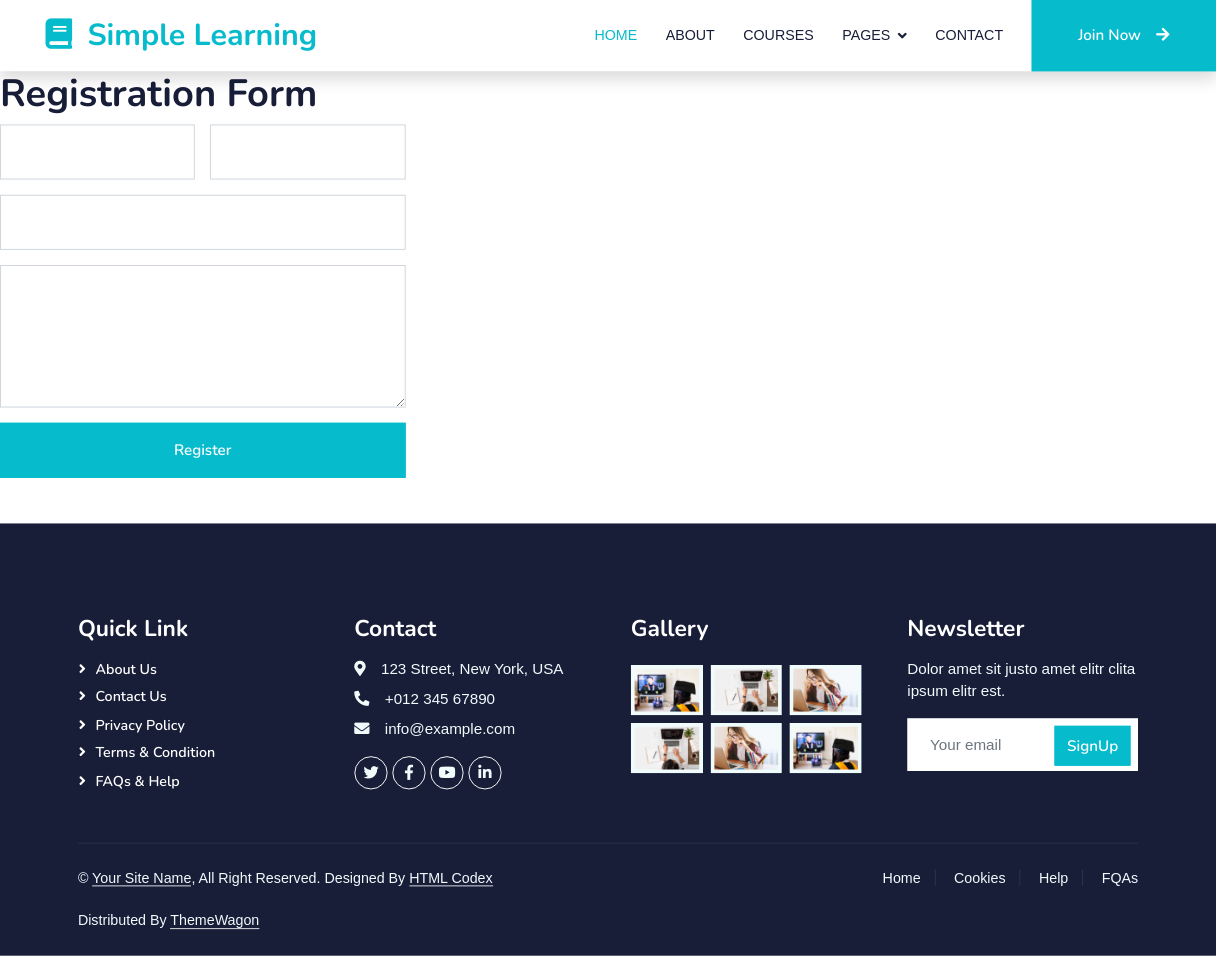
Repository: Arumugam2002/ARUMUGAM-TOPS-DAILY-TASKS
Page: http://localhost/register
The author's editor kept a copy of each file at every save. The page is drawn from the files as they stood at one save, then again after the next save.
The browser window is 1280 px wide. The pictures show the whole page, at 95% of full size.
Some web fonts or font styles are not loaded; a fallback is used. Some web libraries are served in a nearby version. The page is this project's Thymeleaf template; nobody is signed in. The template is opened directly, without the code that normally fills it, so the values that code supplies are empty.

Above is the page before, as saved 2024-07-16 09:04:56.

### Java SpringBoot/Spring_Eclipse/SpringwithTemplate/src/main/resources/templates/register.html
<!DOCTYPE html>
<html lang="en">
	<head th:replace="/fragments/head :: head"></head>
	<head th:replace="/fragments/header :: header"></head>



<body>
	<h1>Registration Form</h1>

	<div class="col-lg-4 col-md-12 wow fadeInUp" data-wow-delay="0.5s">
		<form action="/add" method="post">
			<div class="row g-3">
				<div class="col-md-6">
					<div class="form-floating">
						<input type="text" class="form-control" name="name" id="name" placeholder="Enter Name">

					</div>
				</div>
				<div class="col-md-6">
					<div class="form-floating">
						<input type="email" class="form-control" name="email" id="email" placeholder="Enter email">

					</div>
				</div>
				<div class="col-12">
					<div class="form-floating">
						<input type="text" class="form-control" name="contact" id="subject" placeholder="Enter contact">

					</div>
				</div>
				<div class="col-12">
					<div class="form-floating">
						<textarea class="form-control" name="address" placeholder="Enter address" id="message"
							style="height: 150px"></textarea>

					</div>
				</div>
				<div class="col-12">
					<button class="btn btn-primary w-100 py-3" type="submit" >Register</button>
				</div>
			</div>
		</form>
	</div>






	<footer th:replace="/fragments/footer :: footer"></footer>
</body>

</html>

### Java SpringBoot/Spring_Eclipse/SpringwithTemplate/src/main/resources/templates/fragments/head.html
<html lang="en">

<head lang="en" xmlns:th="http://www.thymeleaf.org">
    <meta charset="utf-8">
    <title>Simple Learning</title>
    <meta content="width=device-width, initial-scale=1.0" name="viewport">
    <meta content="" name="keywords">
    <meta content="" name="description">

    <!-- Favicon -->
    <link href="img/favicon.ico" rel="icon">

    <!-- Google Web Fonts -->
    <link rel="preconnect" href="https://fonts.googleapis.com">
    <link rel="preconnect" href="https://fonts.gstatic.com" crossorigin>
    <link href="https://fonts.googleapis.com/css2?family=Heebo:wght@400;500;600&family=Nunito:wght@600;700;800&display=swap" rel="stylesheet">

    <!-- Icon Font Stylesheet -->
    <link href="https://cdnjs.cloudflare.com/ajax/libs/font-awesome/5.10.0/css/all.min.css" rel="stylesheet">
    <link href="https://cdn.jsdelivr.net/npm/bootstrap-icons@1.4.1/font/bootstrap-icons.css" rel="stylesheet">

    <!-- Libraries Stylesheet -->
    <link href="assets/lib/animate/animate.min.css" rel="stylesheet">
    <link href="assets/lib/owlcarousel/assets/owl.carousel.min.css" rel="stylesheet">

    <!-- Customized Bootstrap Stylesheet -->
    <link href="assets/css/bootstrap.min.css" rel="stylesheet">

    <!-- Template Stylesheet -->
    <link href="assets/css/style.css" rel="stylesheet">
</head>

</html>

### Java SpringBoot/Spring_Eclipse/SpringwithTemplate/src/main/resources/templates/fragments/header.html
<html lang="en"
xmlns:th="http://www.thymeleaf.org"
xmlns:sec="http://www.thymeleaf.org/extras/spring-security">
<header>
<!-- Spinner Start -->
<div id="spinner"
	class="show bg-white position-fixed translate-middle w-100 vh-100 top-50 start-50 d-flex align-items-center justify-content-center">
	<div class="spinner-border text-primary" style="width: 3rem; height: 3rem;" role="status">
		<span class="sr-only">Loading...</span>
	</div>
</div>
<!-- Spinner End -->


<!-- Navbar Start -->
<nav class="navbar navbar-expand-lg bg-white navbar-light shadow sticky-top p-0">
	<a href="/" class="navbar-brand d-flex align-items-center px-4 px-lg-5">
		<h2 class="m-0 text-primary"><i class="fa fa-book me-3"></i>Simple Learning</h2>
	</a>
	<button type="button" class="navbar-toggler me-4" data-bs-toggle="collapse" data-bs-target="#navbarCollapse">
		<span class="navbar-toggler-icon"></span>
	</button>
	<div class="collapse navbar-collapse" id="navbarCollapse">
		<div class="navbar-nav ms-auto p-4 p-lg-0">
			<a href="/" class="nav-item nav-link active">Home</a>
			<a href="/about" class="nav-item nav-link">About</a>
			<a href="/courses" class="nav-item nav-link">Courses</a>
			<div class="nav-item dropdown">
				<a href="#" class="nav-link dropdown-toggle" data-bs-toggle="dropdown">Pages</a>
				<div class="dropdown-menu fade-down m-0">
					<a href="/team" class="dropdown-item">Our Team</a>
					<a href="/testimonial" class="dropdown-item">Testimonial</a>
					<a href="/404" class="dropdown-item">404 Page</a>
				</div>
			</div>
			<a href="/contact" class="nav-item nav-link">Contact</a>
		</div>
		<a href="/register" class="btn btn-primary py-4 px-lg-5 d-none d-lg-block">Join Now<i
				class="fa fa-arrow-right ms-3"></i></a>
	</div>
</nav>
<!-- Navbar End -->
</header>


</html>

### Java SpringBoot/Spring_Eclipse/SpringwithTemplate/src/main/resources/templates/fragments/footer.html
<!DOCTYPE html>
<html lang="en" xmlns:th="http://www.thymeleaf.org">

<body>

<footer>
	<!-- Footer Start -->
	<div class="container-fluid bg-dark text-light footer pt-5 mt-5 wow fadeIn" data-wow-delay="0.1s">
		<div class="container py-5">
			<div class="row g-5">
				<div class="col-lg-3 col-md-6">
					<h4 class="text-white mb-3">Quick Link</h4>
					<a class="btn btn-link" href="">About Us</a>
					<a class="btn btn-link" href="">Contact Us</a>
					<a class="btn btn-link" href="">Privacy Policy</a>
					<a class="btn btn-link" href="">Terms & Condition</a>
					<a class="btn btn-link" href="">FAQs & Help</a>
				</div>
				<div class="col-lg-3 col-md-6">
					<h4 class="text-white mb-3">Contact</h4>
					<p class="mb-2"><i class="fa fa-map-marker-alt me-3"></i>123 Street, New York, USA</p>
					<p class="mb-2"><i class="fa fa-phone-alt me-3"></i>+012 345 67890</p>
					<p class="mb-2"><i class="fa fa-envelope me-3"></i>info@example.com</p>
					<div class="d-flex pt-2">
						<a class="btn btn-outline-light btn-social" href=""><i class="fab fa-twitter"></i></a>
						<a class="btn btn-outline-light btn-social" href=""><i class="fab fa-facebook-f"></i></a>
						<a class="btn btn-outline-light btn-social" href=""><i class="fab fa-youtube"></i></a>
						<a class="btn btn-outline-light btn-social" href=""><i class="fab fa-linkedin-in"></i></a>
					</div>
				</div>
				<div class="col-lg-3 col-md-6">
					<h4 class="text-white mb-3">Gallery</h4>
					<div class="row g-2 pt-2">
						<div class="col-4">
							<img class="img-fluid bg-light p-1" src="img/course-1.jpg" alt="">
						</div>
						<div class="col-4">
							<img class="img-fluid bg-light p-1" src="img/course-2.jpg" alt="">
						</div>
						<div class="col-4">
							<img class="img-fluid bg-light p-1" src="img/course-3.jpg" alt="">
						</div>
						<div class="col-4">
							<img class="img-fluid bg-light p-1" src="img/course-2.jpg" alt="">
						</div>
						<div class="col-4">
							<img class="img-fluid bg-light p-1" src="img/course-3.jpg" alt="">
						</div>
						<div class="col-4">
							<img class="img-fluid bg-light p-1" src="img/course-1.jpg" alt="">
						</div>
					</div>
				</div>
				<div class="col-lg-3 col-md-6">
					<h4 class="text-white mb-3">Newsletter</h4>
					<p>Dolor amet sit justo amet elitr clita ipsum elitr est.</p>
					<div class="position-relative mx-auto" style="max-width: 400px;">
						<input class="form-control border-0 w-100 py-3 ps-4 pe-5" type="text" placeholder="Your email">
						<button type="button"
							class="btn btn-primary py-2 position-absolute top-0 end-0 mt-2 me-2">SignUp</button>
					</div>
				</div>
			</div>
		</div>
		<div class="container">
			<div class="copyright">
				<div class="row">
					<div class="col-md-6 text-center text-md-start mb-3 mb-md-0">
						&copy; <a class="border-bottom" href="#">Your Site Name</a>, All Right Reserved.

						<!--/*** This template is free as long as you keep the footer author’s credit link/attribution link/backlink. If you'd like to use the template without the footer author’s credit link/attribution link/backlink, you can purchase the Credit Removal License from "https://htmlcodex.com/credit-removal". Thank you for your support. ***/-->
						Designed By <a class="border-bottom" href="https://htmlcodex.com">HTML Codex</a><br><br>
						Distributed By <a class="border-bottom" href="https://themewagon.com">ThemeWagon</a>
					</div>
					<div class="col-md-6 text-center text-md-end">
						<div class="footer-menu">
							<a href="">Home</a>
							<a href="">Cookies</a>
							<a href="">Help</a>
							<a href="">FQAs</a>
						</div>
					</div>
				</div>
			</div>
		</div>
	</div>
	<!-- Footer End -->


	<!-- Back to Top -->
	<a href="#" class="btn btn-lg btn-primary btn-lg-square back-to-top"><i class="bi bi-arrow-up"></i></a>


	<!-- JavaScript Libraries -->
	<script src="https://code.jquery.com/jquery-3.4.1.min.js"></script>
	<script src="https://cdn.jsdelivr.net/npm/bootstrap@5.0.0/dist/js/bootstrap.bundle.min.js"></script>
	<script src="assets/lib/wow/wow.min.js"></script>
	<script src="assets/lib/easing/easing.min.js"></script>
	<script src="assets/lib/waypoints/waypoints.min.js"></script>
	<script src="assets/lib/owlcarousel/owl.carousel.min.js"></script>

	<!-- Template Javascript -->
	<script src="assets/js/main.js"></script>
	</footer>
</body>

</html>

### Java SpringBoot/Spring_Eclipse/SpringwithTemplate/src/main/resources/static/assets/css/style.css
/********** Template CSS **********/
:root {
    --primary: #06BBCC;
    --light: #F0FBFC;
    --dark: #181d38;
}

.fw-medium {
    font-weight: 600 !important;
}

.fw-semi-bold {
    font-weight: 700 !important;
}

.back-to-top {
    position: fixed;
    display: none;
    right: 45px;
    bottom: 45px;
    z-index: 99;
}


/*** Spinner ***/
#spinner {
    opacity: 0;
    visibility: hidden;
    transition: opacity .5s ease-out, visibility 0s linear .5s;
    z-index: 99999;
}

#spinner.show {
    transition: opacity .5s ease-out, visibility 0s linear 0s;
    visibility: visible;
    opacity: 1;
}


/*** Button ***/
.btn {
    font-family: 'Nunito', sans-serif;
    font-weight: 600;
    transition: .5s;
}

.btn.btn-primary,
.btn.btn-secondary {
    color: #FFFFFF;
}

.btn-square {
    width: 38px;
    height: 38px;
}

.btn-sm-square {
    width: 32px;
    height: 32px;
}

.btn-lg-square {
    width: 48px;
    height: 48px;
}

.btn-square,
.btn-sm-square,
.btn-lg-square {
    padding: 0;
    display: flex;
    align-items: center;
    justify-content: center;
    font-weight: normal;
    border-radius: 0px;
}


/*** Navbar ***/
.navbar .dropdown-toggle::after {
    border: none;
    content: "\f107";
    font-family: "Font Awesome 5 Free";
    font-weight: 900;
    vertical-align: middle;
    margin-left: 8px;
}

.navbar-light .navbar-nav .nav-link {
    margin-right: 30px;
    padding: 25px 0;
    color: #FFFFFF;
    font-size: 15px;
    text-transform: uppercase;
    outline: none;
}

.navbar-light .navbar-nav .nav-link:hover,
.navbar-light .navbar-nav .nav-link.active {
    color: var(--primary);
}

@media (max-width: 991.98px) {
    .navbar-light .navbar-nav .nav-link  {
        margin-right: 0;
        padding: 10px 0;
    }

    .navbar-light .navbar-nav {
        border-top: 1px solid #EEEEEE;
    }
}

.navbar-light .navbar-brand,
.navbar-light a.btn {
    height: 75px;
}

.navbar-light .navbar-nav .nav-link {
    color: var(--dark);
    font-weight: 500;
}

.navbar-light.sticky-top {
    top: -100px;
    transition: .5s;
}

@media (min-width: 992px) {
    .navbar .nav-item .dropdown-menu {
        display: block;
        margin-top: 0;
        opacity: 0;
        visibility: hidden;
        transition: .5s;
    }

    .navbar .dropdown-menu.fade-down {
        top: 100%;
        transform: rotateX(-75deg);
        transform-origin: 0% 0%;
    }

    .navbar .nav-item:hover .dropdown-menu {
        top: 100%;
        transform: rotateX(0deg);
        visibility: visible;
        transition: .5s;
        opacity: 1;
    }
}


/*** Header carousel ***/
@media (max-width: 768px) {
    .header-carousel .owl-carousel-item {
        position: relative;
        min-height: 500px;
    }

    .header-carousel .owl-carousel-item img {
        position: absolute;
        width: 100%;
        height: 100%;
        object-fit: cover;
    }
}

.header-carousel .owl-nav {
    position: absolute;
    top: 50%;
    right: 8%;
    transform: translateY(-50%);
    display: flex;
    flex-direction: column;
}

.header-carousel .owl-nav .owl-prev,
.header-carousel .owl-nav .owl-next {
    margin: 7px 0;
    width: 45px;
    height: 45px;
    display: flex;
    align-items: center;
    justify-content: center;
    color: #FFFFFF;
    background: transparent;
    border: 1px solid #FFFFFF;
    font-size: 22px;
    transition: .5s;
}

.header-carousel .owl-nav .owl-prev:hover,
.header-carousel .owl-nav .owl-next:hover {
    background: var(--primary);
    border-color: var(--primary);
}

.page-header {
    background: linear-gradient(rgba(24, 29, 56, .7), rgba(24, 29, 56, .7)), url(../img/carousel-1.jpg);
    background-position: center center;
    background-repeat: no-repeat;
    background-size: cover;
}

.page-header-inner {
    background: rgba(15, 23, 43, .7);
}

.breadcrumb-item + .breadcrumb-item::before {
    color: var(--light);
}


/*** Section Title ***/
.section-title {
    position: relative;
    display: inline-block;
    text-transform: uppercase;
}

.section-title::before {
    position: absolute;
    content: "";
    width: calc(100% + 80px);
    height: 2px;
    top: 4px;
    left: -40px;
    background: var(--primary);
    z-index: -1;
}

.section-title::after {
    position: absolute;
    content: "";
    width: calc(100% + 120px);
    height: 2px;
    bottom: 5px;
    left: -60px;
    background: var(--primary);
    z-index: -1;
}

.section-title.text-start::before {
    width: calc(100% + 40px);
    left: 0;
}

.section-title.text-start::after {
    width: calc(100% + 60px);
    left: 0;
}


/*** Service ***/
.service-item {
    background: var(--light);
    transition: .5s;
}

.service-item:hover {
    margin-top: -10px;
    background: var(--primary);
}

.service-item * {
    transition: .5s;
}

.service-item:hover * {
    color: var(--light) !important;
}


/*** Categories & Courses ***/
.category img,
.course-item img {
    transition: .5s;
}

.category a:hover img,
.course-item:hover img {
    transform: scale(1.1);
}


/*** Team ***/
.team-item img {
    transition: .5s;
}

.team-item:hover img {
    transform: scale(1.1);
}


/*** Testimonial ***/
.testimonial-carousel::before {
    position: absolute;
    content: "";
    top: 0;
    left: 0;
    height: 100%;
    width: 0;
    background: linear-gradient(to right, rgba(255, 255, 255, 1) 0%, rgba(255, 255, 255, 0) 100%);
    z-index: 1;
}

.testimonial-carousel::after {
    position: absolute;
    content: "";
    top: 0;
    right: 0;
    height: 100%;
    width: 0;
    background: linear-gradient(to left, rgba(255, 255, 255, 1) 0%, rgba(255, 255, 255, 0) 100%);
    z-index: 1;
}

@media (min-width: 768px) {
    .testimonial-carousel::before,
    .testimonial-carousel::after {
        width: 200px;
    }
}

@media (min-width: 992px) {
    .testimonial-carousel::before,
    .testimonial-carousel::after {
        width: 300px;
    }
}

.testimonial-carousel .owl-item .testimonial-text,
.testimonial-carousel .owl-item.center .testimonial-text * {
    transition: .5s;
}

.testimonial-carousel .owl-item.center .testimonial-text {
    background: var(--primary) !important;
}

.testimonial-carousel .owl-item.center .testimonial-text * {
    color: #FFFFFF !important;
}

.testimonial-carousel .owl-dots {
    margin-top: 24px;
    display: flex;
    align-items: flex-end;
    justify-content: center;
}

.testimonial-carousel .owl-dot {
    position: relative;
    display: inline-block;
    margin: 0 5px;
    width: 15px;
    height: 15px;
    border: 1px solid #CCCCCC;
    transition: .5s;
}

.testimonial-carousel .owl-dot.active {
    background: var(--primary);
    border-color: var(--primary);
}


/*** Footer ***/
.footer .btn.btn-social {
    margin-right: 5px;
    width: 35px;
    height: 35px;
    display: flex;
    align-items: center;
    justify-content: center;
    color: var(--light);
    font-weight: normal;
    border: 1px solid #FFFFFF;
    border-radius: 35px;
    transition: .3s;
}

.footer .btn.btn-social:hover {
    color: var(--primary);
}

.footer .btn.btn-link {
    display: block;
    margin-bottom: 5px;
    padding: 0;
    text-align: left;
    color: #FFFFFF;
    font-size: 15px;
    font-weight: normal;
    text-transform: capitalize;
    transition: .3s;
}

.footer .btn.btn-link::before {
    position: relative;
    content: "\f105";
    font-family: "Font Awesome 5 Free";
    font-weight: 900;
    margin-right: 10px;
}

.footer .btn.btn-link:hover {
    letter-spacing: 1px;
    box-shadow: none;
}

.footer .copyright {
    padding: 25px 0;
    font-size: 15px;
    border-top: 1px solid rgba(256, 256, 256, .1);
}

.footer .copyright a {
    color: var(--light);
}

.footer .footer-menu a {
    margin-right: 15px;
    padding-right: 15px;
    border-right: 1px solid rgba(255, 255, 255, .1);
}

.footer .footer-menu a:last-child {
    margin-right: 0;
    padding-right: 0;
    border-right: none;
}

### Java SpringBoot/Spring_Eclipse/SpringwithTemplate/src/main/resources/static/assets/js/main.js
(function ($) {
    "use strict";

    // Spinner
    var spinner = function () {
        setTimeout(function () {
            if ($('#spinner').length > 0) {
                $('#spinner').removeClass('show');
            }
        }, 1);
    };
    spinner();


    // Initiate the wowjs
    new WOW().init();


    // Sticky Navbar
    $(window).scroll(function () {
        if ($(this).scrollTop() > 300) {
            $('.sticky-top').css('top', '0px');
        } else {
            $('.sticky-top').css('top', '-100px');
        }
    });


    // Dropdown on mouse hover
    const $dropdown = $(".dropdown");
    const $dropdownToggle = $(".dropdown-toggle");
    const $dropdownMenu = $(".dropdown-menu");
    const showClass = "show";

    $(window).on("load resize", function() {
        if (this.matchMedia("(min-width: 992px)").matches) {
            $dropdown.hover(
            function() {
                const $this = $(this);
                $this.addClass(showClass);
                $this.find($dropdownToggle).attr("aria-expanded", "true");
                $this.find($dropdownMenu).addClass(showClass);
            },
            function() {
                const $this = $(this);
                $this.removeClass(showClass);
                $this.find($dropdownToggle).attr("aria-expanded", "false");
                $this.find($dropdownMenu).removeClass(showClass);
            }
            );
        } else {
            $dropdown.off("mouseenter mouseleave");
        }
    });


    // Back to top button
    $(window).scroll(function () {
        if ($(this).scrollTop() > 300) {
            $('.back-to-top').fadeIn('slow');
        } else {
            $('.back-to-top').fadeOut('slow');
        }
    });
    $('.back-to-top').click(function () {
        $('html, body').animate({scrollTop: 0}, 1500, 'easeInOutExpo');
        return false;
    });


    // Header carousel
    $(".header-carousel").owlCarousel({
        autoplay: true,
        smartSpeed: 1500,
        items: 1,
        dots: false,
        loop: true,
        nav : true,
        navText : [
            '<i class="bi bi-chevron-left"></i>',
            '<i class="bi bi-chevron-right"></i>'
        ]
    });


    // Testimonials carousel
    $(".testimonial-carousel").owlCarousel({
        autoplay: true,
        smartSpeed: 1000,
        center: true,
        margin: 24,
        dots: true,
        loop: true,
        nav : false,
        responsive: {
            0:{
                items:1
            },
            768:{
                items:2
            },
            992:{
                items:3
            }
        }
    });

})(jQuery);

Loaded but not shown: Java SpringBoot/Spring_Eclipse/SpringwithTemplate/src/main/resources/static/assets/lib/animate/animate.min.css (library); Java SpringBoot/Spring_Eclipse/SpringwithTemplate/src/main/resources/static/assets/lib/owlcarousel/assets/owl.carousel.min.css (common file); Java SpringBoot/Spring_Eclipse/SpringwithTemplate/src/main/resources/static/assets/css/bootstrap.min.css (library); Java SpringBoot/Spring_Eclipse/SpringwithTemplate/src/main/resources/static/assets/lib/wow/wow.min.js (library); Java SpringBoot/Spring_Eclipse/SpringwithTemplate/src/main/resources/static/assets/lib/easing/easing.min.js (common file); Java SpringBoot/Spring_Eclipse/SpringwithTemplate/src/main/resources/static/assets/lib/waypoints/waypoints.min.js (library); Java SpringBoot/Spring_Eclipse/SpringwithTemplate/src/main/resources/static/assets/lib/owlcarousel/owl.carousel.min.js (library)

After the next save:
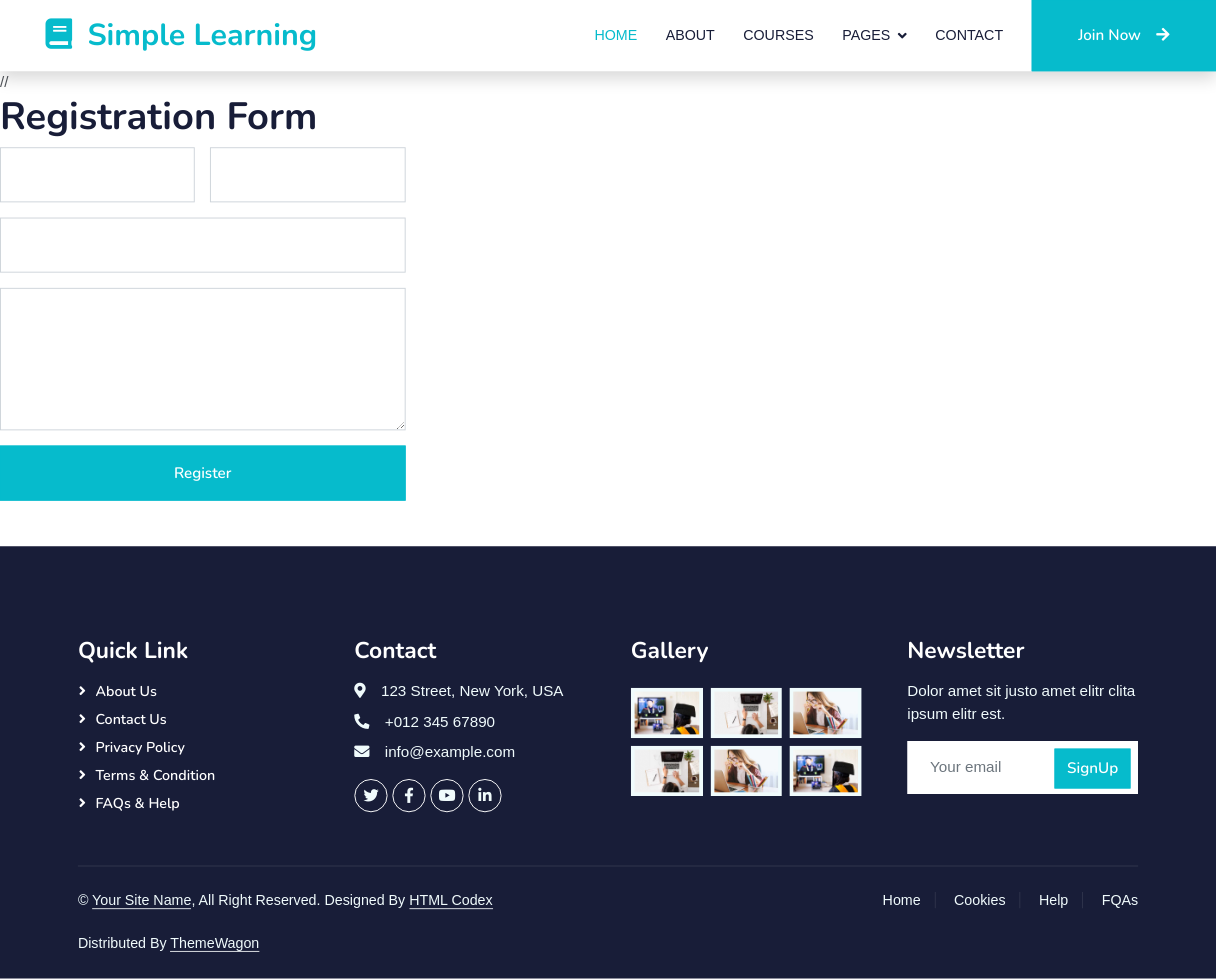
Saved 77 s later.
--- a/Java SpringBoot/Spring_Eclipse/SpringwithTemplate/src/main/resources/templates/register.html
+++ b/Java SpringBoot/Spring_Eclipse/SpringwithTemplate/src/main/resources/templates/register.html
@@ -6,7 +6,7 @@
 
 
 <body>
-	<h1>Registration Form</h1>
+	//<h1>Registration Form</h1>
 
 	<div class="col-lg-4 col-md-12 wow fadeInUp" data-wow-delay="0.5s">
 		<form action="/add" method="post">
